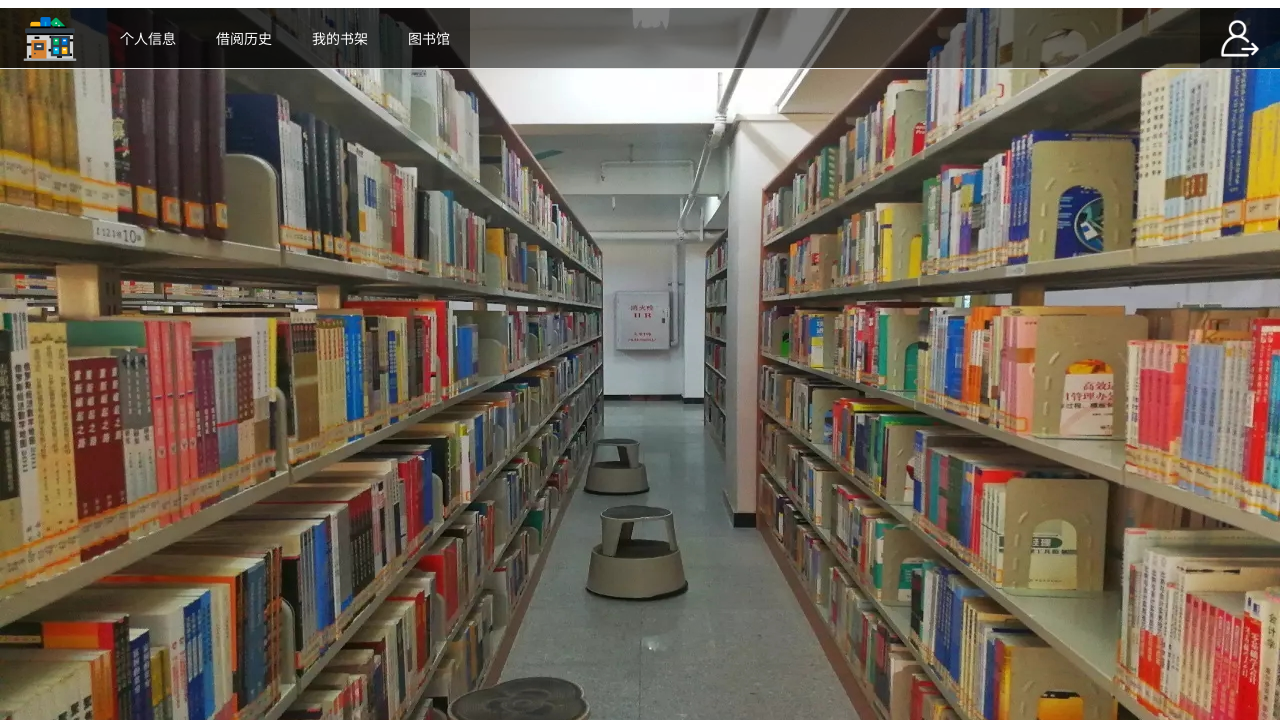
Repository: Akron-xz/helloVue
Page: /#/MyBookshelves (app in vue-library/)
These files come from the project's save history. The page is drawn as it stood at one moment and after the next save; the edit follows.
The browser window is 1280 px wide. The pictures show the whole page.
The project was rebuilt for these pictures with package versions that can differ from the ones it lists, and the page was loaded fresh each time. Also part of the build but not shown: vue-library/src/components/homeNav.vue, vue-library/src/views/Home.vue.

Above is the page before, as saved 2020-11-25 10:46:18.

After the next save:
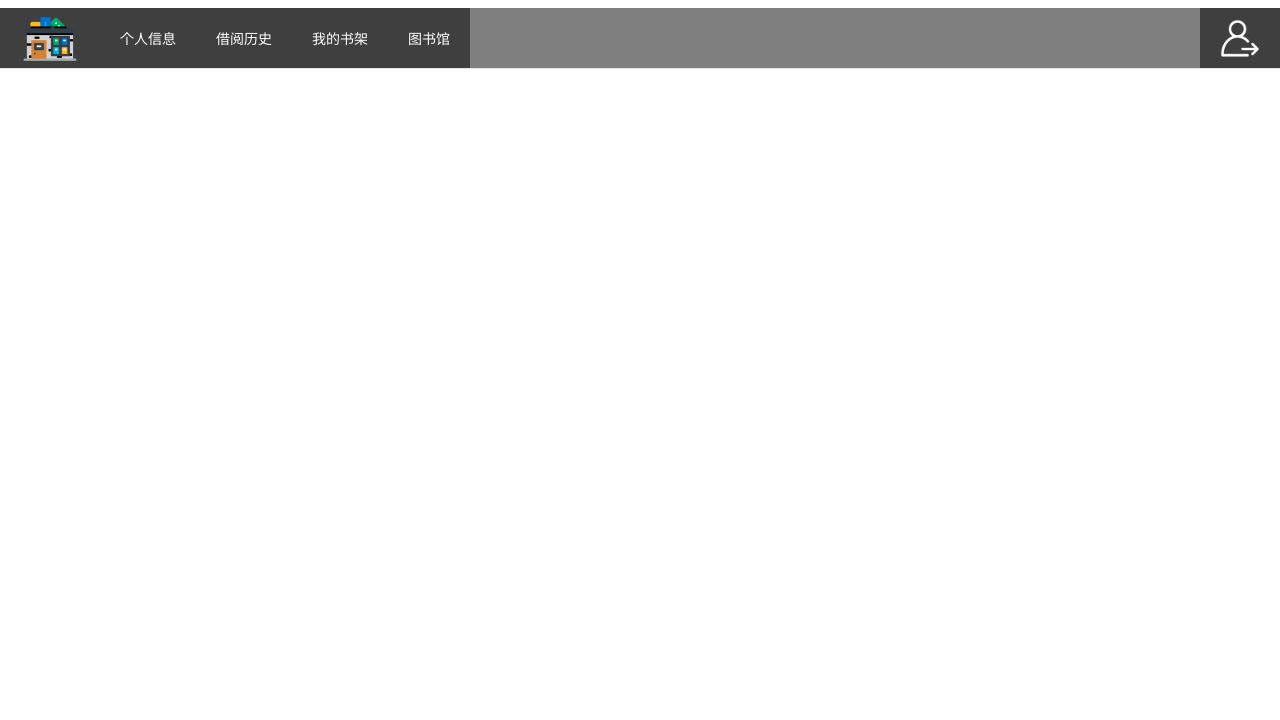
Not found: img/divBg/bg39.jpg
Saved 47 min 50 s later.
--- a/vue-library/src/views/MyBookshelves.vue
+++ b/vue-library/src/views/MyBookshelves.vue
@@ -158,7 +158,7 @@ export default {
     height: 100%;
     background-repeat: no-repeat;
     background-size: 100% 100%;
-    background-image: url(/img/divBg/bg29.jpg);
+    background-image: url(/img/divBg/bg39.jpg);
 
 }
 
